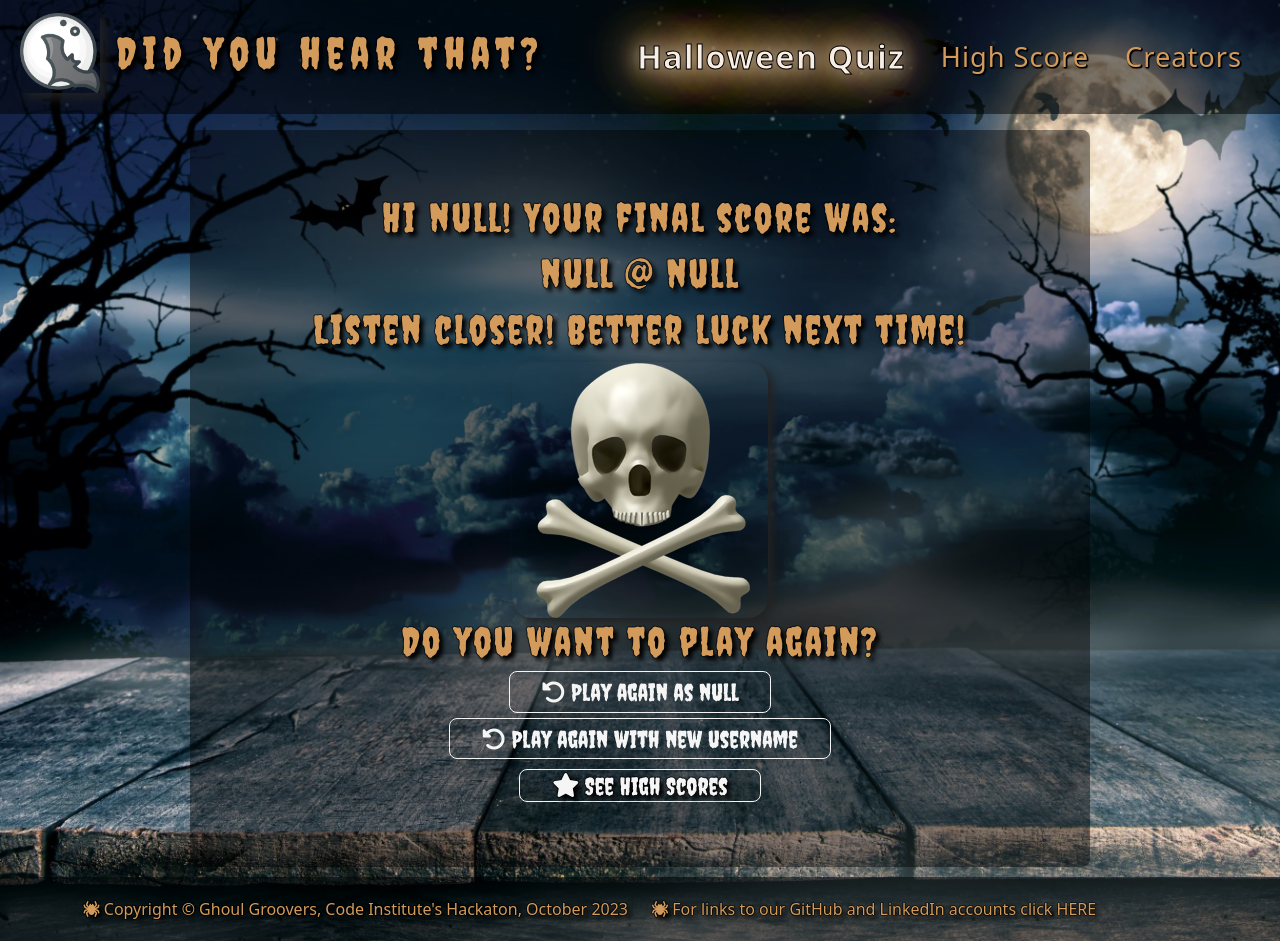
Repository: KTC96/Didyouhearthat
Page: end_game.html
An editor plug-in stored every save of this project. The page is shown before and after the next save, followed by the edit.
The browser window is 1280 px wide. The pictures show the whole page.
Some web libraries are served in a nearby version.

Above is the page before, as saved 2023-10-23 12:10:34.
Console error: TypeError: Cannot read properties of null (reading 'addEventListener')

After the next save:
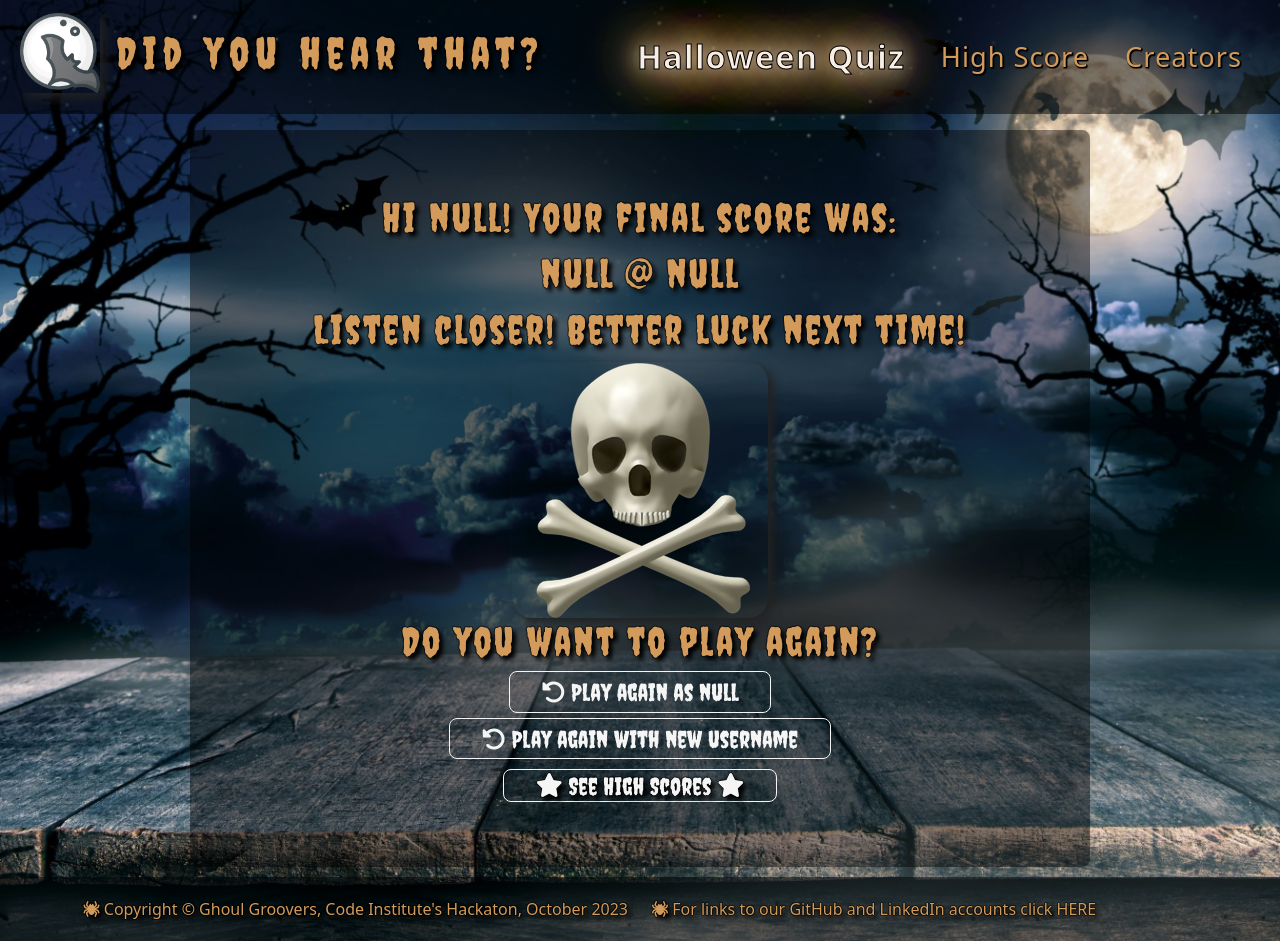
Saved 31 s later.
--- a/end_game.html
+++ b/end_game.html
@@ -65,7 +65,7 @@
         <br>
         <button type="submit" id="play-again-btn" class="btn_spook"><i class="fa-solid fa-rotate-left"></i> Play again with new username</button>
         <br>
-        <a href="highscore.html" class="btn_spook"><i class="fa-solid fa-star"></i> See High Scores</a>
+        <a href="highscore.html" class="btn_spook"><i class="fa-solid fa-star"></i> See High Scores <i class="fa-solid fa-star"></i></a>
     </section>
     </main>
 
